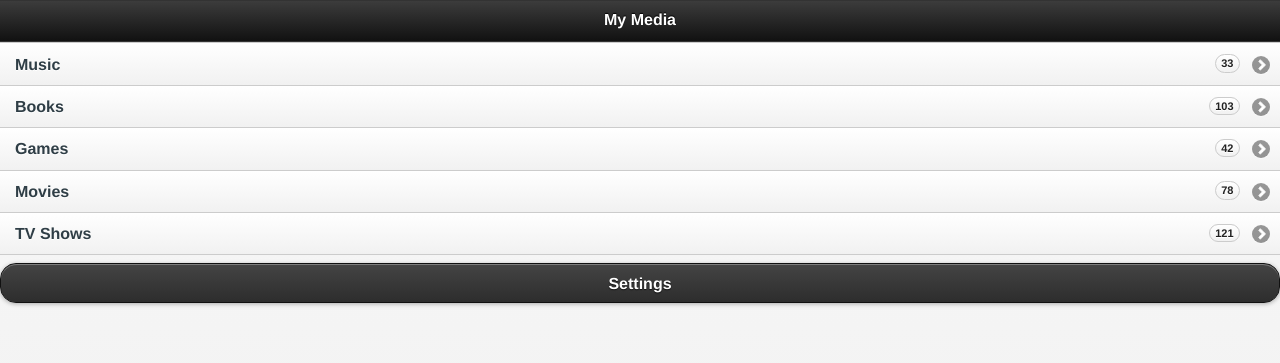
Repository: shavo0915/MediaCollectionApp
Page: MediaCollectionApp/assets/www/index.html
An editor plug-in stored every save of this project. The page is shown before and after the next save, followed by the edit.
The browser window is 1280 px wide. The pictures show the whole page.

Above is the page before, as saved 2013-01-30 21:06:08.

### MediaCollectionApp/assets/www/index.html
<!DOCTYPE html>
<html>
<head>
	<title>Media Collection App</title>
	<meta name="viewport" content="width=device-width, initial-scale=1">
	<link rel="stylesheet" href="jquery.mobile-1.2.0/jquery.mobile-1.2.0.css" />
	<script src="jQuery/jquery-1.8.2.js"></script>
	<script src="jquery.mobile-1.2.0/jquery.mobile-1.2.0.js"></script>
</head>
<body>

<div data-role="page">

	<div data-role="header">
		<h1>My Media</h1>
	</div><!-- /header -->
		<ul data-role="listview">
			<li>
				<a href="">
					Music
					<span class="ui-li-count">33</span>
				</a>
			</li>
			<li>
				<a href="">
					Books
					<span class="ui-li-count">103</span>
				</a>
			</li>
			<li>
				<a href="">
					Games
					<span class="ui-li-count">42</span>
				</a>
			</li>
			<li>
				<a href="">
					Movies
					<span class="ui-li-count">78</span>
				</a>
			</li>
			<li>
				<a href="">
					TV Shows
					<span class="ui-li-count">121</span>
				</a>
			</li>

			<div height="10px"></div>

			<a href="" data-role="button" data-theme="a">Settings</a>

		</ul>

	</div><!-- /page -->

</body>
</html>

Loaded but not shown: MediaCollectionApp/assets/www/jquery.mobile-1.2.0/jquery.mobile-1.2.0.css (library); MediaCollectionApp/assets/www/jQuery/jquery-1.8.2.js (library); MediaCollectionApp/assets/www/jquery.mobile-1.2.0/jquery.mobile-1.2.0.js (library)

After the next save:
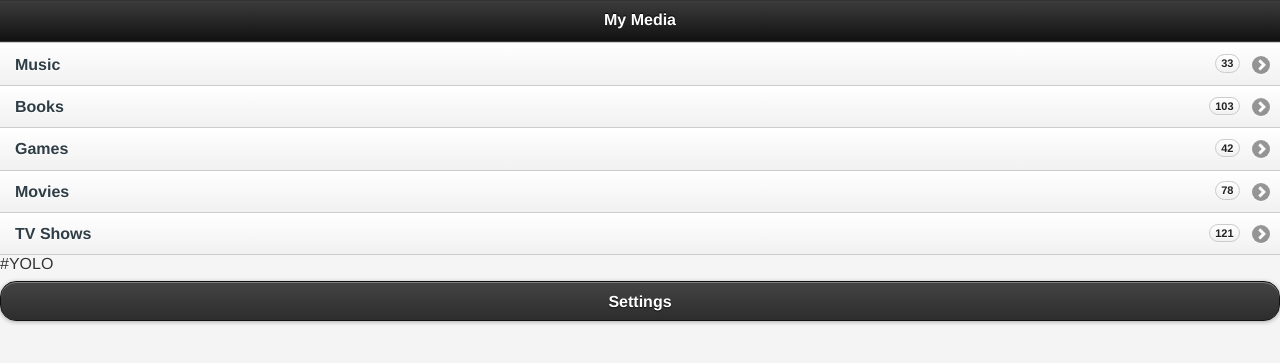
Saved 24 s later.
--- a/MediaCollectionApp/assets/www/index.html
+++ b/MediaCollectionApp/assets/www/index.html
@@ -46,7 +46,9 @@
 				</a>
 			</li>
 
-			<div height="10px"></div>
+			<div height="10px">
+				#YOLO
+			</div>
 
 			<a href="" data-role="button" data-theme="a">Settings</a>
 

After the save that followed:
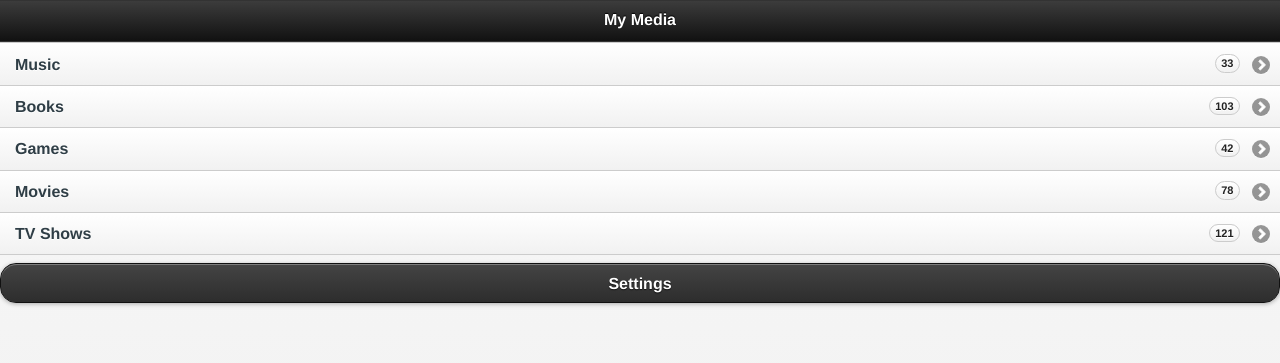
Saved 20 s later.
--- a/MediaCollectionApp/assets/www/index.html
+++ b/MediaCollectionApp/assets/www/index.html
@@ -47,7 +47,6 @@
 			</li>
 
 			<div height="10px">
-				#YOLO
 			</div>
 
 			<a href="" data-role="button" data-theme="a">Settings</a>
